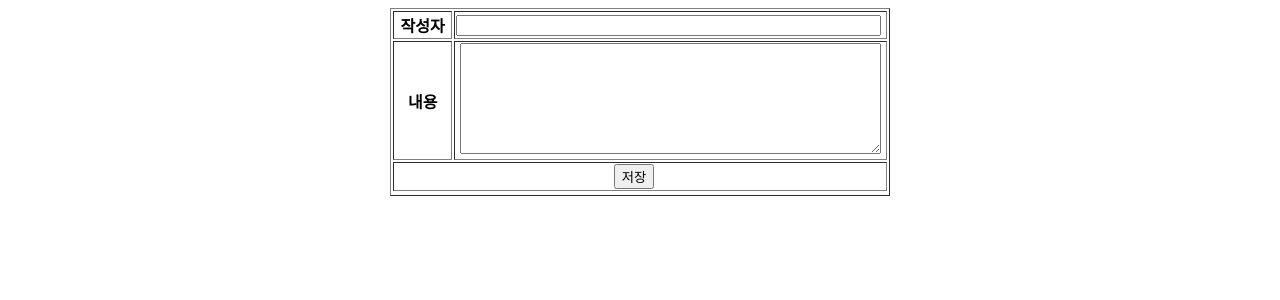
Repository: sgnq008-tech/JSP
Page: jsp_workspace/WebProject/src/main/webapp/bbs/write.html
These files come from the project's save history. The page is drawn as it stood at one moment and after the next save; the edit follows.
The browser window is 1280 px wide. The pictures show the whole page.

Above is the page before, as saved 2026-09-09 03:15:01.

After the next save:
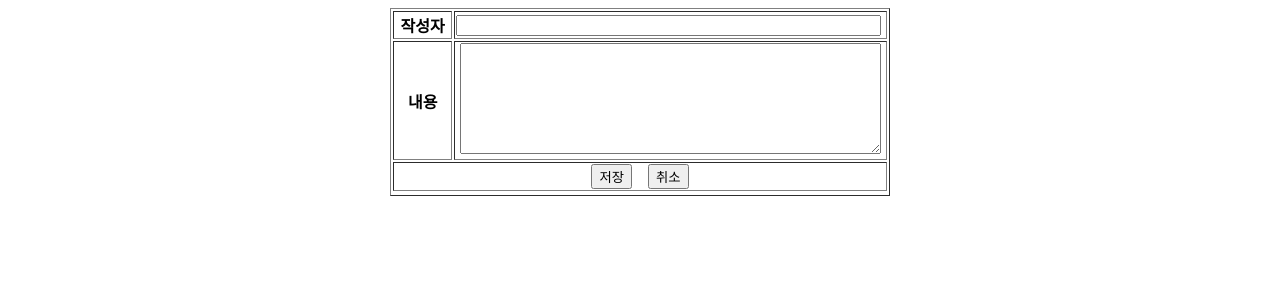
Saved 3 min 0 s later.
--- a/jsp_workspace/WebProject/src/main/webapp/bbs/write.html
+++ b/jsp_workspace/WebProject/src/main/webapp/bbs/write.html
@@ -24,6 +24,8 @@
                             <td colspan="2" align="center">
                                    <input type="submit" value="저장">
                                    &nbsp;&nbsp;
+                                 <input type="reset" value="취소">
+                             </td>
 
                     <tr>
 
